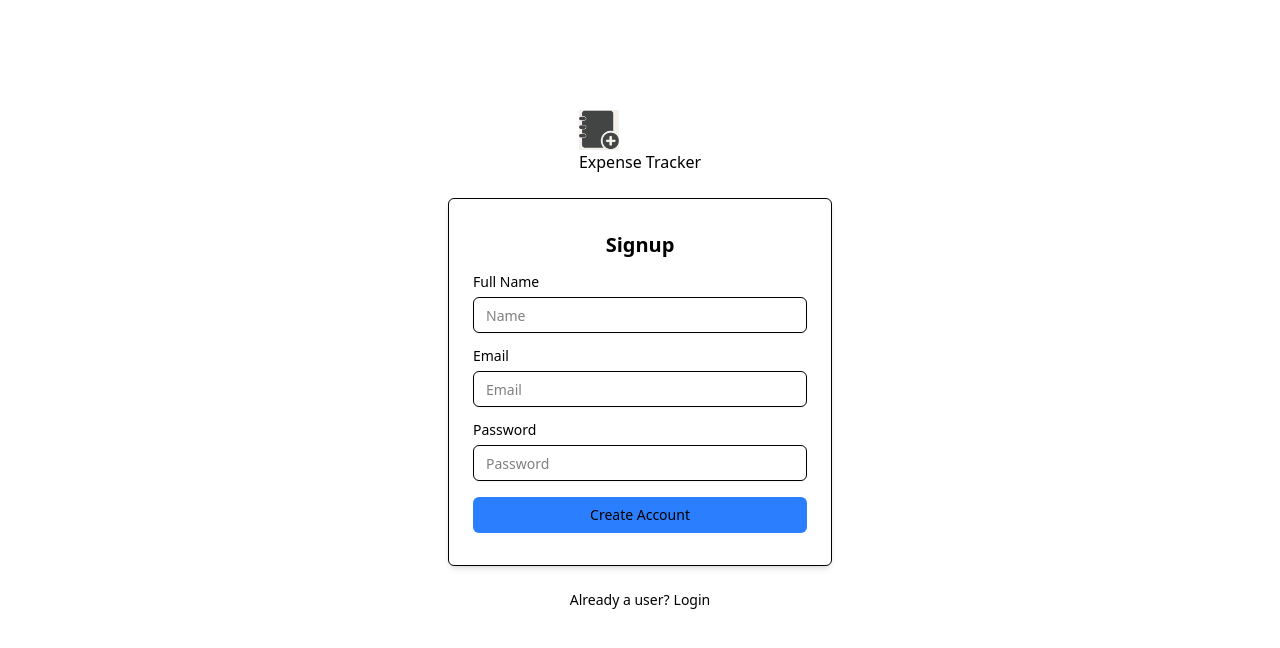
Repository: Syed-Mohsin-Ali786/frontend-expense-tracker
Page: /signup
The author's editor kept a copy of each file at every save. The page is drawn from the files as they stood at one save, then again after the next save.
The browser window is 1280 px wide. The pictures show the whole page.
The project was rebuilt for these pictures with package versions that can differ from the ones it lists, and the page was loaded fresh each time. Also part of the build but not shown: src/components/ui/dialog.tsx, src/components/AddExpenseDialog.tsx, src/pages/MainPage.tsx.

Above is the page before, as saved 2025-09-30 11:00:10.

### index.html
<!doctype html>
<html lang="en">
  <head>
    <meta charset="UTF-8" />
    <link rel="icon" type="image/svg+xml" href="/ExpenseTracker.png" />
    <meta name="viewport" content="width=device-width, initial-scale=1.0" />
    <title>Expense Tracker</title>
  </head>
  <body>
    <div id="root"></div>
    <script type="module" src="/src/main.tsx"></script>
  </body>
</html>

### src/main.tsx
import { StrictMode } from "react";
import { createRoot } from "react-dom/client";

import App from "./App.tsx";
import { BrowserRouter } from "react-router-dom";

createRoot(document.getElementById("root")!).render(
    <StrictMode>
  <BrowserRouter>
      <App />
  </BrowserRouter>
    </StrictMode>
);

### src/App.tsx
import { Route, Routes } from "react-router-dom";
import MainPage from "./pages/MainPage";
import "./App.css";
import SignUp from "./pages/SignUp";


function App() {
  return (
    <>
    <Routes>

      <Route path="/" element={<MainPage/>}/>
      <Route path="/signup" element={<SignUp/>}/>
    </Routes>
    </>
  );
}

export default App;

### src/pages/SignUp.tsx
import { Button } from "@/components/ui/button";
import { Input } from "@/components/ui/input";
import { Label } from "@/components/ui/label";
import { Link } from "react-router";

interface Signup2Props {
  heading?: string;
  logo?: {
    url: string;
    src: string;
    alt: string;
    title?: string;
  };
  buttonText?: string;
  googleText?: string;
  signupText?: string;
  signupUrl?: string;
}

const SignUp = ({
  heading = "Signup",
  logo = {
    url: "/",
    src: "/ExpenseTracker.png",
    alt: "logo",
    title: "Expense Tracker",
  },
   buttonText = "Create Account",
  signupText = "Already a user?",
  signupUrl = "/login",
}: Signup2Props) => {
  return (
    <section className="bg-muted h-screen">
      <div className="flex h-full items-center justify-center">
        <div className="flex flex-col items-center gap-6 lg:justify-start">
          {/* Logo */}
          <Link to={logo.url}>
            <img
              src={logo.src}
              alt={logo.alt}
              title={logo.title}
              className="h-10 dark:invert"
            />
            <h1>{logo.title}</h1>
          </Link>
          <div className="min-w-sm border-muted bg-background flex w-full max-w-sm flex-col items-center gap-y-4 rounded-md border px-6 py-8 shadow-md">
            {heading && <h1 className="text-xl font-semibold">{heading}</h1>}
            <div className="flex w-full flex-col gap-2">
              <Label>Full Name</Label>
              <Input
                type="text"
                placeholder="Name"
                className="text-sm"
                required
              />
            </div>
            <div className="flex w-full flex-col gap-2">
              <Label>Email</Label>
              <Input
                type="email"
                placeholder="Email"
                className="text-sm"
                required
              />
            </div>
            <div className="flex w-full flex-col gap-2">
              <Label>Password</Label>
              <Input
                type="password"
                placeholder="Password"
                className="text-sm"
                required
              />
            </div>
            <Button type="submit" className="w-full bg-blue-500 hover:bg-blue-600 cursor-pointer">
              {buttonText}
            </Button>
          </div>
          <div className="text-muted-foreground flex justify-center gap-1 text-sm">
            <p>{signupText}</p>
            <Link
              to={signupUrl}
              className="text-primary font-medium hover:underline"
            >
              Login
            </Link>
          </div>
        </div>
      </div>
    </section>
  );
};

export default SignUp;

### src/components/ui/button.tsx
import * as React from "react"
import { Slot } from "@radix-ui/react-slot"
import { cva, type VariantProps } from "class-variance-authority"

import { cn } from "@/lib/utils"

const buttonVariants = cva(
  "inline-flex items-center justify-center gap-2 whitespace-nowrap rounded-md text-sm font-medium transition-all disabled:pointer-events-none disabled:opacity-50 [&_svg]:pointer-events-none [&_svg:not([class*='size-'])]:size-4 shrink-0 [&_svg]:shrink-0 outline-none focus-visible:border-ring focus-visible:ring-ring/50 focus-visible:ring-[3px] aria-invalid:ring-destructive/20 dark:aria-invalid:ring-destructive/40 aria-invalid:border-destructive",
  {
    variants: {
      variant: {
        default: "bg-primary text-primary-foreground hover:bg-primary/90",
        destructive:
          "bg-destructive text-white hover:bg-destructive/90 focus-visible:ring-destructive/20 dark:focus-visible:ring-destructive/40 dark:bg-destructive/60",
        outline:
          "border bg-background shadow-xs hover:bg-accent hover:text-accent-foreground dark:bg-input/30 dark:border-input dark:hover:bg-input/50",
        secondary:
          "bg-secondary text-secondary-foreground hover:bg-secondary/80",
        ghost:
          "hover:bg-accent hover:text-accent-foreground dark:hover:bg-accent/50",
        link: "text-primary underline-offset-4 hover:underline",
        expense:"cursor-pointer hover:bg-blue-600 bg-blue-500  md:px-6 lg:px-8 rounded-[12px] font-semibold text-[#ffff] text-2xl"
      },
      size: {
        default: "h-9 px-4 py-2 has-[>svg]:px-3",
        sm: "h-8 rounded-md gap-1.5 px-3 has-[>svg]:px-2.5",
        lg: "h-10 rounded-md px-6 has-[>svg]:px-4",
        icon: "size-9",
      },
    },
    defaultVariants: {
      variant: "default",
      size: "default",
    },
  }
)

function Button({
  className,
  variant,
  size,
  asChild = false,
  ...props
}: React.ComponentProps<"button"> &
  VariantProps<typeof buttonVariants> & {
    asChild?: boolean
  }) {
  const Comp = asChild ? Slot : "button"

  return (
    <Comp
      data-slot="button"
      className={cn(buttonVariants({ variant, size, className }))}
      {...props}
    />
  )
}

export { Button }

### src/components/ui/input.tsx
import * as React from "react"

import { cn } from "@/lib/utils"

function Input({ className, type, ...props }: React.ComponentProps<"input">) {
  return (
    <input
      type={type}
      data-slot="input"
      className={cn(
        "file:text-foreground placeholder:text-muted-foreground selection:bg-primary selection:text-primary-foreground dark:bg-input/30 border-input h-9 w-full min-w-0 rounded-md border bg-transparent px-3 py-1 text-base shadow-xs transition-[color,box-shadow] outline-none file:inline-flex file:h-7 file:border-0 file:bg-transparent file:text-sm file:font-medium disabled:pointer-events-none disabled:cursor-not-allowed disabled:opacity-50 md:text-sm",
        "focus-visible:border-ring focus-visible:ring-ring/50 focus-visible:ring-[3px]",
        "aria-invalid:ring-destructive/20 dark:aria-invalid:ring-destructive/40 aria-invalid:border-destructive",
        className
      )}
      {...props}
    />
  )
}

export { Input }

Loaded but not shown: src/App.css (common file); src/components/ui/label.tsx (common file); src/lib/utils.ts (common file)

After the next save:
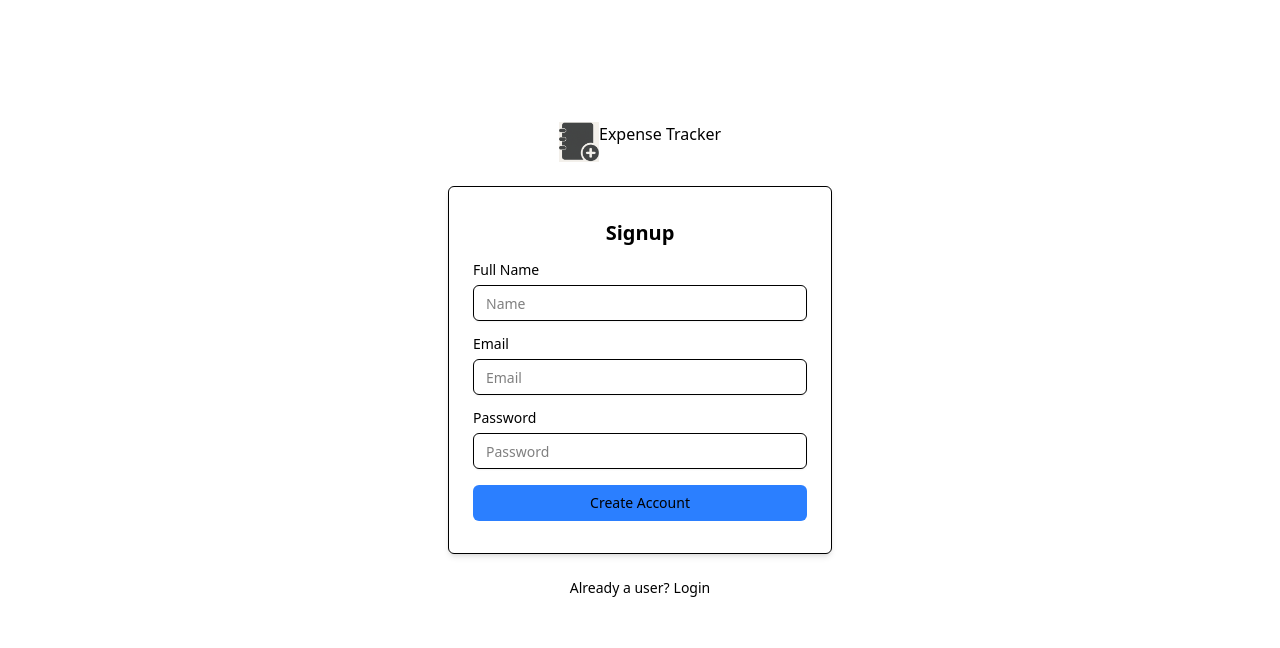
Saved 10 s later.
--- a/src/pages/SignUp.tsx
+++ b/src/pages/SignUp.tsx
@@ -34,7 +34,7 @@ const SignUp = ({
       <div className="flex h-full items-center justify-center">
         <div className="flex flex-col items-center gap-6 lg:justify-start">
           {/* Logo */}
-          <Link to={logo.url}>
+          <Link to={logo.url} className="flex">
             <img
               src={logo.src}
               alt={logo.alt}
